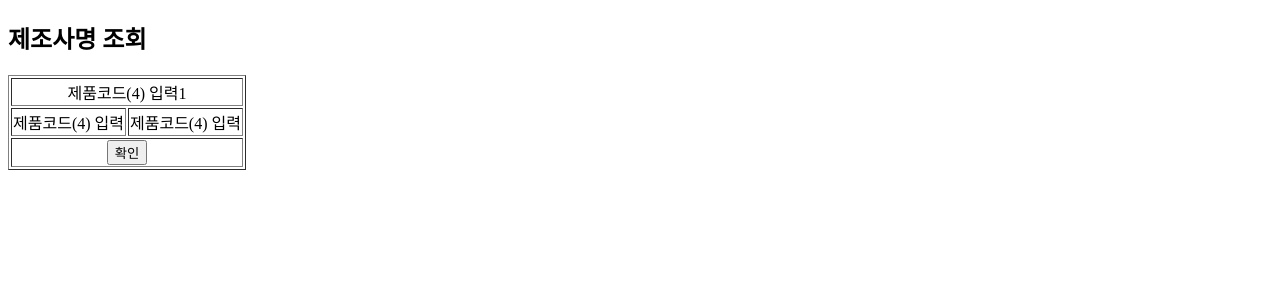
Repository: yyb03054/initProject
Page: http://localhost/examination/
These files come from the project's save history. The page is drawn as it stood at one moment and after the next save; the edit follows.
The browser window is 1280 px wide. The pictures show the whole page.
The page is served by Tomcat 9. Other server files are loaded and not shown.

Above is the page before, as saved 2022-02-10 02:41:53.

### examination/WebContent/index.jsp
<%@ page language="java" contentType="text/html; charset=UTF-8"
    pageEncoding="UTF-8"%>
<!DOCTYPE html PUBLIC "-//W3C//DTD HTML 4.01 Transitional//EN" "http://www.w3.org/TR/html4/loose.dtd">
<html>
<head>
<meta http-equiv="Content-Type" content="text/html; charset=UTF-8">
<title>Insert title here</title>
</head>
<body>
				<h2>제조사명 조회</h2>
	   <table border="1">
	   				<tr>
	   								<td colspan="2" align="center">
	   												제품코드(4) 입력1
	   								</td>
	   				</tr>
	   				<tr>
	   								<td align="center">
	   												제품코드(4) 입력
	   								</td>
	   								<td align="center">
	   												제품코드(4) 입력
	   								</td>
	   				</tr>
	   				<tr>
	   								<td colspan="2" align="center">
	   												<button type="button" name="code">확인</button>
	   								</td>
	   				</tr>
	   </table>
</body>
</html>

After the next save:
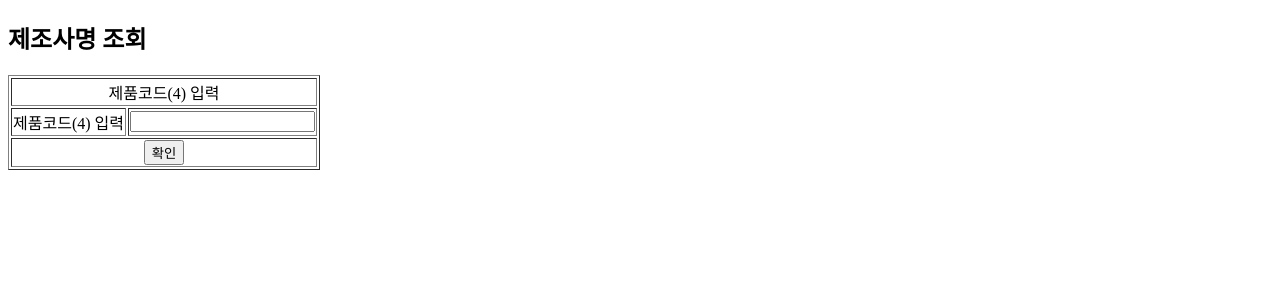
Saved 25 s later.
--- a/examination/WebContent/index.jsp
+++ b/examination/WebContent/index.jsp
@@ -11,7 +11,7 @@
 	   <table border="1">
 	   				<tr>
 	   								<td colspan="2" align="center">
-	   												제품코드(4) 입력1
+	   												제품코드(4) 입력
 	   								</td>
 	   				</tr>
 	   				<tr>
@@ -19,12 +19,12 @@
 	   												제품코드(4) 입력
 	   								</td>
 	   								<td align="center">
-	   												제품코드(4) 입력
+	   												<input type="text" name="code"/>
 	   								</td>
 	   				</tr>
 	   				<tr>
 	   								<td colspan="2" align="center">
-	   												<button type="button" name="code">확인</button>
+	   												<button type="button">확인</button>
 	   								</td>
 	   				</tr>
 	   </table>
